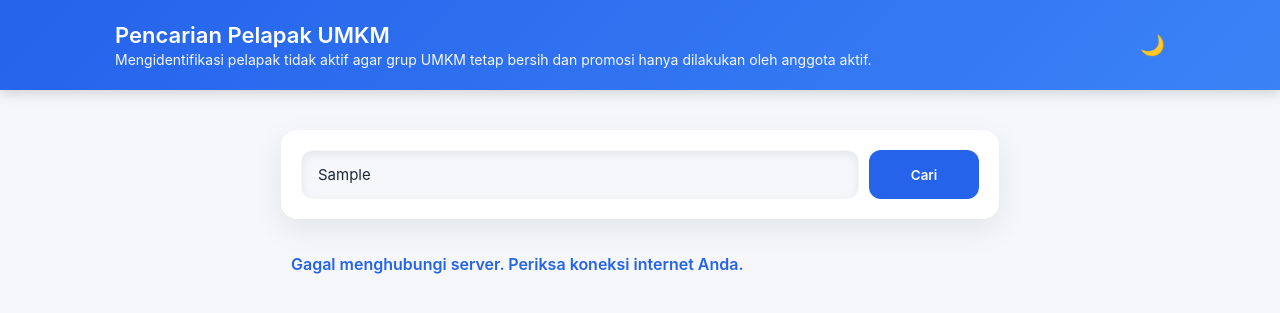
Repository: pasarrakyatbak/ceklapak
Page: index.html
The author's editor kept a copy of each file at every save. The page is drawn from the files as they stood at one save, then again after the next save.
The browser window is 1280 px wide. The pictures show the whole page.
Empty fields were first filled with sample values (such as "Sample", 5 or name@example.com).
After loading, the first visible `#searchBtn` was clicked once.
The page's requests for data from a server got no answer.

Above is the page before, as saved 2025-11-19 05:50:32.

### index.html
<!DOCTYPE html>
<html lang="id">

<head>
    <meta charset="UTF-8" />
    <meta name="viewport" content="width=device-width, initial-scale=1.0" />
    <title>Pencarian Pelapak UMKM</title>
    <link rel="stylesheet" href="style.css" />
</head>

<body>
    <header>
        <div class="header-inner">
            <div>
                <h1>Pencarian Pelapak UMKM</h1>
                <p class="desc">
                    Mengidentifikasi pelapak tidak aktif agar grup UMKM tetap bersih dan promosi hanya dilakukan oleh
                    anggota aktif.
                </p>
            </div>

            <div class="controls">
                <label class="theme-toggle">
                    <input id="themeToggle" type="checkbox" aria-label="Toggle dark mode" />
                    <span>🌙</span>
                </label>
            </div>
        </div>
    </header>

    <main>
        <div class="search-card">
            <div class="search-box">
                <input type="text" id="queryInput" placeholder="Cari nama pelapak atau 4 digit nomor HP..."
                    autocomplete="off" />
                <button id="searchBtn">Cari</button>
            </div>
        </div>

        <div id="resultBox" class="result-box hidden" role="region" aria-live="polite"></div>
    </main>

    <script src="app.js"></script>
</body>

</html>

### style.css
/* === Color variables === */
:root {
    --bg: #f5f7fb;
    --card: #ffffff;
    --text: #1f2937;
    --muted: #6b7280;
    --primary: #2563eb;
    --primary-light: #3b82f6;
    --shadow: rgba(0, 0, 0, 0.08);
}

body.dark {
    --bg: #0d1117;
    --card: #161b22;
    --text: #e5e7eb;
    --muted: #9ca3af;
    --primary: #3b82f6;
    --primary-light: #60a5fa;
    --shadow: rgba(0, 0, 0, 0.5);
}

/* === Base === */
* {
    margin: 0;
    padding: 0;
    box-sizing: border-box;
    font-family: "Inter", system-ui, sans-serif;
}

body {
    background: var(--bg);
    color: var(--text);
    padding-bottom: 40px;
    transition: background 0.3s ease, color 0.3s ease;
}

/* === Header === */
header {
    background: linear-gradient(135deg, var(--primary), var(--primary-light));
    padding: 22px 20px;
    color: white;
    box-shadow: 0 4px 12px rgba(0, 0, 0, 0.15);
}

.header-inner {
    max-width: 1050px;
    margin: auto;
    display: flex;
    justify-content: space-between;
    align-items: center;
}

header h1 {
    font-size: 22px;
    font-weight: 600;
}

.desc {
    font-size: 14px;
    opacity: 0.95;
    margin-top: 3px;
}

/* === Dark mode toggle === */
.theme-toggle {
    display: flex;
    align-items: center;
    cursor: pointer;
    font-size: 20px;
}

.theme-toggle input {
    width: 0;
    height: 0;
    opacity: 0;
}

/* === Search Card === */
main {
    max-width: 750px;
    margin: 40px auto;
    padding: 0 16px;
}

.search-card {
    background: var(--card);
    padding: 20px;
    border-radius: 16px;
    box-shadow: 0 10px 30px var(--shadow);
    backdrop-filter: blur(4px);
    transition: background 0.3s ease;
}

.search-box {
    display: flex;
    gap: 10px;
}

.search-box input {
    flex: 1;
    padding: 14px 16px;
    border-radius: 12px;
    border: 1px solid transparent;
    background: var(--bg);
    color: var(--text);
    font-size: 15px;
    box-shadow: inset 0 3px 8px var(--shadow);
    transition: 0.2s;
}

.search-box input:focus {
    border-color: var(--primary);
    outline: none;
}

.search-box button {
    padding: 14px 18px;
    background: var(--primary);
    color: white;
    font-weight: 600;
    border: none;
    border-radius: 12px;
    cursor: pointer;
    transition: 0.2s;
    min-width: 110px;
}

.search-box button:hover {
    background: var(--primary-light);
    transform: translateY(-2px);
}

/* === Result Box === */
.result-box {
    margin-top: 25px;
    padding: 10px;
}

.result-item {
    background: var(--card);
    padding: 16px;
    margin-bottom: 12px;
    border-radius: 14px;
    box-shadow: 0 6px 18px var(--shadow);
    transition: 0.2s ease;
    border-left: 4px solid var(--primary);
}

.result-item:hover {
    transform: translateY(-3px);
}

.result-item strong {
    color: var(--primary);
}

.small {
    margin-top: 4px;
    font-size: 13px;
    color: var(--muted);
}

.hidden {
    display: none;
}

/* === Responsive === */
@media (max-width: 480px) {

    .header-inner {
        flex-direction: column;
        align-items: flex-start;
        gap: 12px;
    }

    .search-box {
        flex-direction: column;
    }

    .search-box button {
        width: 100%;
    }
}

### app.js
// === CONFIG ===
const API_URL = "https://script.google.com/macros/s/AKfycby4z2qZ24SrJkcyGpybH29lSUC_3_z1LG-7wSmTzpaOEXrwjXf0Cl3hqkg95qAxPj1-/exec"; // Ganti setelah deploy Apps Script

// DOM
const searchBtn = document.getElementById("searchBtn");
const queryInput = document.getElementById("queryInput");
const resultBox = document.getElementById("resultBox");
const themeToggle = document.getElementById("themeToggle");

// Inisialisasi tema dari localStorage
(function initTheme() {
    const saved = localStorage.getItem("umkm_theme");
    if (saved === "dark") document.body.classList.add("dark");
    themeToggle.checked = document.body.classList.contains("dark");
})();

// Event listeners
searchBtn.addEventListener("click", searchData);
queryInput.addEventListener("keypress", (e) => { if (e.key === "Enter") searchData(); });
themeToggle.addEventListener("change", toggleTheme);

// === Utilities ===
function cleanNumber(input) {
    // hapus spasi, titik, tanda hubung, kurung, plus
    return input.replace(/\s|\.|-|\(|\)|\+/g, "");
}

function normalizePhone(phone) {
    if (!phone) return "";
    phone = phone.toString().trim();
    phone = cleanNumber(phone);
    // ambil hanya angka
    const digits = phone.replace(/[^0-9]/g, "");
    if (!digits) return "";
    if (digits.startsWith("0")) return digits;
    return "0" + digits;
}

function toggleTheme() {
    const isDark = themeToggle.checked;
    if (isDark) document.body.classList.add("dark"); else document.body.classList.remove("dark");
    localStorage.setItem("umkm_theme", isDark ? "dark" : "light");
}

// === Search ===
function searchData() {
    const raw = queryInput.value.trim();
    if (!raw) return renderError("Masukkan nama atau 4 digit nomor HP.");

    // Jika input berisi huruf -> treat as name, else numeric -> treat as digits
    let q = raw;
    const onlyDigits = cleanNumber(q);

    // jika numeric dan panjang 4 maka dianggap 4-digit search
    let isLast4 = /^\d{4}$/.test(onlyDigits);
    if (isLast4) q = onlyDigits;
    else q = raw.toLowerCase();

    // panggil API
    fetch(`${API_URL}?q=${encodeURIComponent(q)}`)
        .then(res => res.json())
        .then(data => {
            if (!data) return renderError("Data tidak valid dari server.");
            if (data.status === "error") return renderError(data.pesan || data.message || "Tidak ditemukan.");

            // normalize nomor pada hasil
            const normalized = (data.hasil || data.hasil || data.data || []).map(item => ({
                ...item,
                nomor: normalizePhone(item.nomor || item.phone || "")
            }));

            renderResults(normalized);
        })
        .catch(err => {
            console.error(err);
            renderError("Gagal menghubungi server. Periksa koneksi internet Anda.");
        });
}

// === RENDER ===
function renderResults(results) {
    resultBox.classList.remove("hidden");
    if (!results || results.length === 0) {
        resultBox.innerHTML = "<p>Tidak ada hasil ditemukan.</p>";
        return;
    }

    let html = "";
    results.forEach(r => {
        html += `
      <div class="result-item">
        <div><strong>Nama:</strong> ${escapeHtml(r.nama || '—')}</div>
        <div><strong>Nomor HP:</strong> ${escapeHtml(r.nomor || '—')}</div>
        <div class="small"><strong>Jualan:</strong> ${escapeHtml(r.jenis_jualan || r.jualan || '—')}</div>
        <div class="small">Baris data: ${escapeHtml(String(r.baris || '—'))}</div>
      </div>
    `;
    });
    resultBox.innerHTML = html;
}

function renderError(msg) {
    resultBox.classList.remove("hidden");
    resultBox.innerHTML = `<p style="color:var(--primary);font-weight:600">${escapeHtml(msg)}</p>`;
}

// safe escape
function escapeHtml(s) {
    return String(s)
        .replace(/&/g, '&amp;')
        .replace(/</g, '&lt;')
        .replace(/>/g, '&gt;')
        .replace(/"/g, '&quot;')
        .replace(/'/g, '&#39;');
}

After the next save:
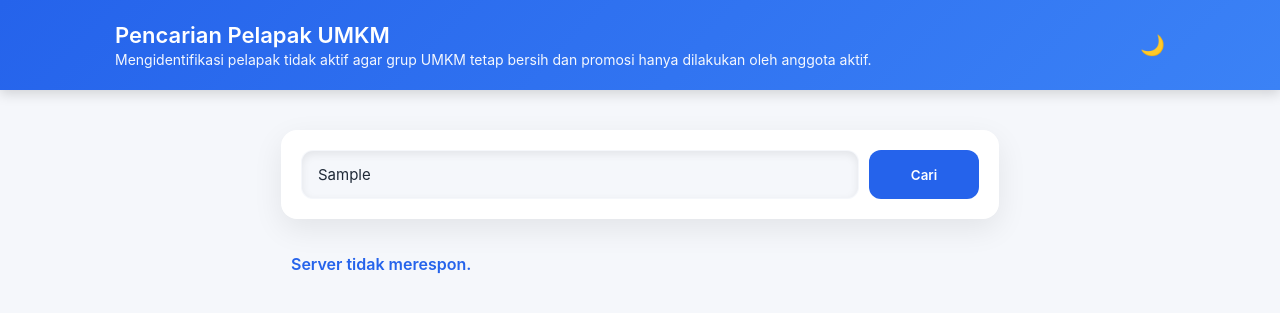
Saved 9 s later.
--- a/app.js
+++ b/app.js
@@ -1,5 +1,5 @@
 // === CONFIG ===
-const API_URL = "https://script.google.com/macros/s/AKfycby4z2qZ24SrJkcyGpybH29lSUC_3_z1LG-7wSmTzpaOEXrwjXf0Cl3hqkg95qAxPj1-/exec"; // Ganti setelah deploy Apps Script
+const API_URL = "https://script.google.com/macros/s/AKfycby4z2qZ24SrJkcyGpybH29lSUC_3_z1LG-7wSmTzpaOEXrwjXf0Cl3hqkg95qAxPj1-/exec";
 
 // DOM
 const searchBtn = document.getElementById("searchBtn");
@@ -7,109 +7,90 @@ const queryInput = document.getElementById("queryInput");
 const resultBox = document.getElementById("resultBox");
 const themeToggle = document.getElementById("themeToggle");
 
-// Inisialisasi tema dari localStorage
+// Init theme
 (function initTheme() {
     const saved = localStorage.getItem("umkm_theme");
     if (saved === "dark") document.body.classList.add("dark");
     themeToggle.checked = document.body.classList.contains("dark");
 })();
 
-// Event listeners
+themeToggle.addEventListener("change", () => {
+    document.body.classList.toggle("dark");
+    localStorage.setItem("umkm_theme",
+        document.body.classList.contains("dark") ? "dark" : "light"
+    );
+});
+
+// Search
 searchBtn.addEventListener("click", searchData);
-queryInput.addEventListener("keypress", (e) => { if (e.key === "Enter") searchData(); });
-themeToggle.addEventListener("change", toggleTheme);
+queryInput.addEventListener("keypress", e => e.key === "Enter" && searchData());
 
-// === Utilities ===
 function cleanNumber(input) {
-    // hapus spasi, titik, tanda hubung, kurung, plus
     return input.replace(/\s|\.|-|\(|\)|\+/g, "");
 }
 
 function normalizePhone(phone) {
     if (!phone) return "";
-    phone = phone.toString().trim();
-    phone = cleanNumber(phone);
-    // ambil hanya angka
     const digits = phone.replace(/[^0-9]/g, "");
     if (!digits) return "";
     if (digits.startsWith("0")) return digits;
     return "0" + digits;
 }
 
-function toggleTheme() {
-    const isDark = themeToggle.checked;
-    if (isDark) document.body.classList.add("dark"); else document.body.classList.remove("dark");
-    localStorage.setItem("umkm_theme", isDark ? "dark" : "light");
-}
-
-// === Search ===
 function searchData() {
     const raw = queryInput.value.trim();
-    if (!raw) return renderError("Masukkan nama atau 4 digit nomor HP.");
+    if (!raw) return renderError("Masukkan nama atau angka.");
 
-    // Jika input berisi huruf -> treat as name, else numeric -> treat as digits
-    let q = raw;
-    const onlyDigits = cleanNumber(q);
+    const onlyDigits = cleanNumber(raw);
+    const is4 = /^\d{4}$/.test(onlyDigits);
+    const q = is4 ? onlyDigits : raw.toLowerCase();
 
-    // jika numeric dan panjang 4 maka dianggap 4-digit search
-    let isLast4 = /^\d{4}$/.test(onlyDigits);
-    if (isLast4) q = onlyDigits;
-    else q = raw.toLowerCase();
-
-    // panggil API
     fetch(`${API_URL}?q=${encodeURIComponent(q)}`)
         .then(res => res.json())
         .then(data => {
-            if (!data) return renderError("Data tidak valid dari server.");
-            if (data.status === "error") return renderError(data.pesan || data.message || "Tidak ditemukan.");
+            if (!data || data.status === "error")
+                return renderError(data?.message || "Tidak ditemukan.");
 
-            // normalize nomor pada hasil
-            const normalized = (data.hasil || data.hasil || data.data || []).map(item => ({
+            const normalized = (data.hasil || []).map(item => ({
                 ...item,
                 nomor: normalizePhone(item.nomor || item.phone || "")
             }));
 
             renderResults(normalized);
         })
-        .catch(err => {
-            console.error(err);
-            renderError("Gagal menghubungi server. Periksa koneksi internet Anda.");
-        });
+        .catch(() => renderError("Server tidak merespon."));
 }
 
-// === RENDER ===
 function renderResults(results) {
     resultBox.classList.remove("hidden");
-    if (!results || results.length === 0) {
-        resultBox.innerHTML = "<p>Tidak ada hasil ditemukan.</p>";
+
+    if (!results.length) {
+        resultBox.innerHTML = `<p class="empty">Tidak ada hasil.</p>`;
         return;
     }
 
     let html = "";
     results.forEach(r => {
         html += `
-      <div class="result-item">
-        <div><strong>Nama:</strong> ${escapeHtml(r.nama || '—')}</div>
-        <div><strong>Nomor HP:</strong> ${escapeHtml(r.nomor || '—')}</div>
-        <div class="small"><strong>Jualan:</strong> ${escapeHtml(r.jenis_jualan || r.jualan || '—')}</div>
-        <div class="small">Baris data: ${escapeHtml(String(r.baris || '—'))}</div>
-      </div>
-    `;
+        <div class="result-item">
+            <div><strong>Nama:</strong> ${escape(r.nama)}</div>
+            <div><strong>Nomor:</strong> ${escape(r.nomor)}</div>
+            <div class="small"><strong>Jualan:</strong> ${escape(r.jualan || r.jenis_jualan)}</div>
+        </div>
+        `;
     });
+
     resultBox.innerHTML = html;
 }
 
 function renderError(msg) {
     resultBox.classList.remove("hidden");
-    resultBox.innerHTML = `<p style="color:var(--primary);font-weight:600">${escapeHtml(msg)}</p>`;
+    resultBox.innerHTML = `<p style="color:var(--primary);font-weight:600">${escape(msg)}</p>`;
 }
 
-// safe escape
-function escapeHtml(s) {
-    return String(s)
-        .replace(/&/g, '&amp;')
-        .replace(/</g, '&lt;')
-        .replace(/>/g, '&gt;')
-        .replace(/"/g, '&quot;')
-        .replace(/'/g, '&#39;');
+function escape(s) {
+    return String(s || "—")
+        .replace(/&/g, "&amp;")
+        .replace(/</g, "&lt;")
+        .replace(/>/g, "&gt;");
 }
